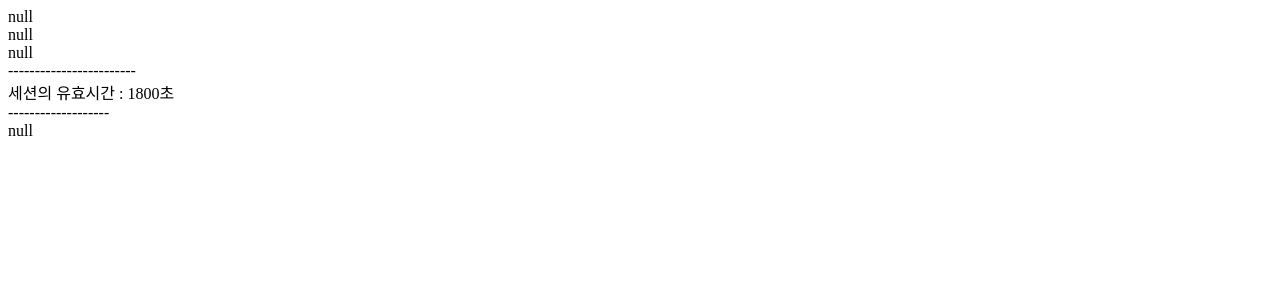
Repository: eyonghwan/jsp_practice
Page: http://localhost/JSPBasic/JspObject/5.session/session_check.jsp
An editor plug-in stored every save of this project. The page is shown before and after the next save, followed by the edit.
The browser window is 1280 px wide. The pictures show the whole page.
The page is served by Tomcat 9.

Above is the page before, as saved 2022-02-08 01:09:55.

After the next save:
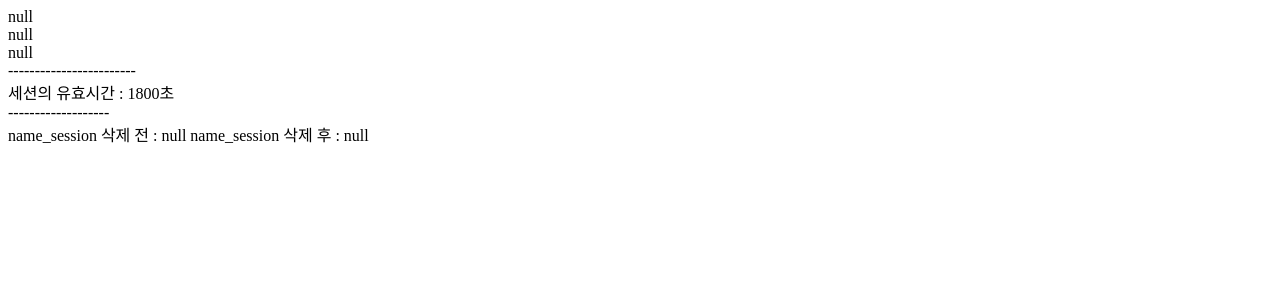
Saved 5 min 46 s later.
--- a/JSPBasic/src/main/webapp/JspObject/5.session/session_check.jsp
+++ b/JSPBasic/src/main/webapp/JspObject/5.session/session_check.jsp
@@ -27,8 +27,9 @@
 
 	// 특정한 세션만 삭제하는 .removeAttribute("세션이름"); 을 이용해 삭제합니다.
 	// name_session 삭제 후 삭제가 잘 죄었는지 화면에 찍어서 확인까지 해 보세요.
+	out.println("name_session 삭제 전 : " + userName);
 	session.removeAttribute("name_session");
-	out.println(userName);
+	out.println("name_session 삭제 후 : " + userName);
 %>
 <!DOCTYPE html>
 <html>
